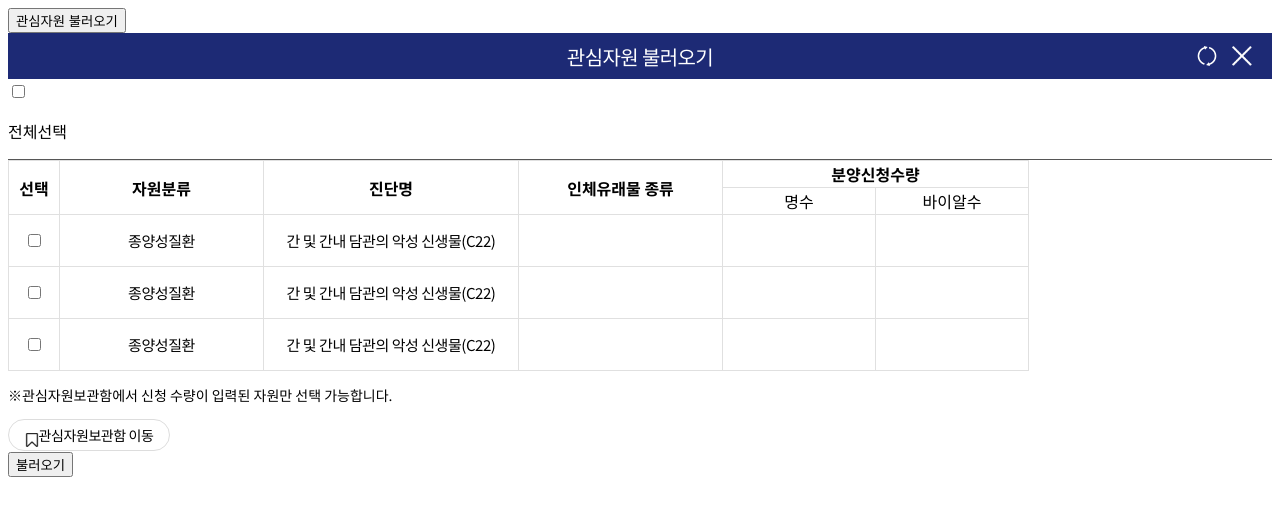
Repository: dlgywls1130/one_popup
Page: index.html
The author's editor kept a copy of each file at every save. The page is drawn from the files as they stood at one save, then again after the next save.
The browser window is 1280 px wide. The pictures show the whole page.
Some web fonts or font styles are not loaded; a fallback is used.

Above is the page before, as saved 2023-10-25 22:17:28.

After the next save:
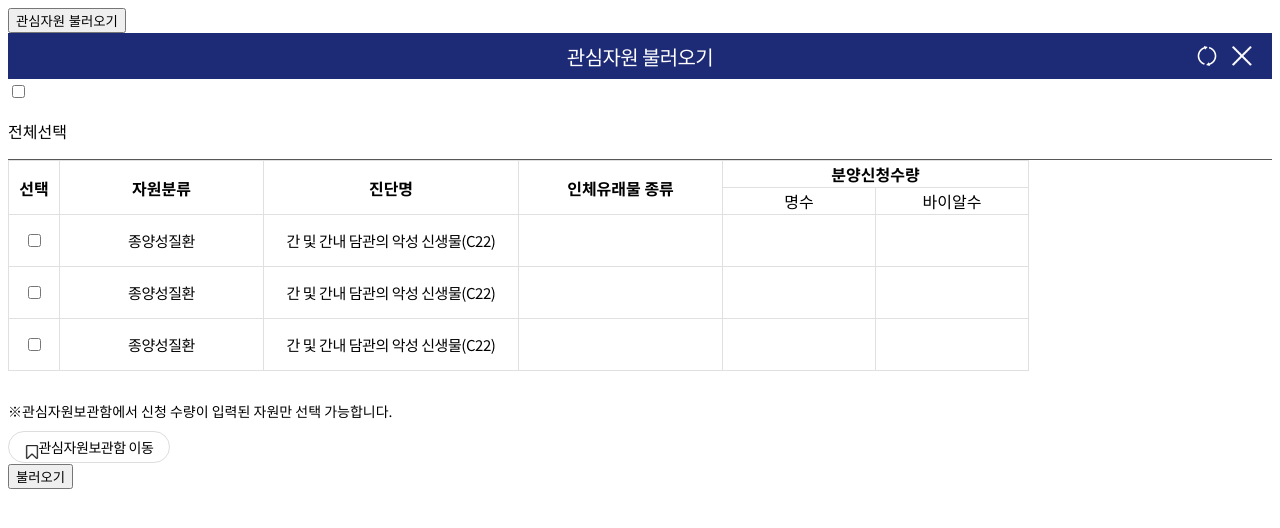
Saved 22 s later.
--- a/style.css
+++ b/style.css
@@ -144,4 +144,5 @@ height: 14px;
 
 .span_bottom{
     font-size: 14px;
+    margin: 30px 0 10px;
 }
